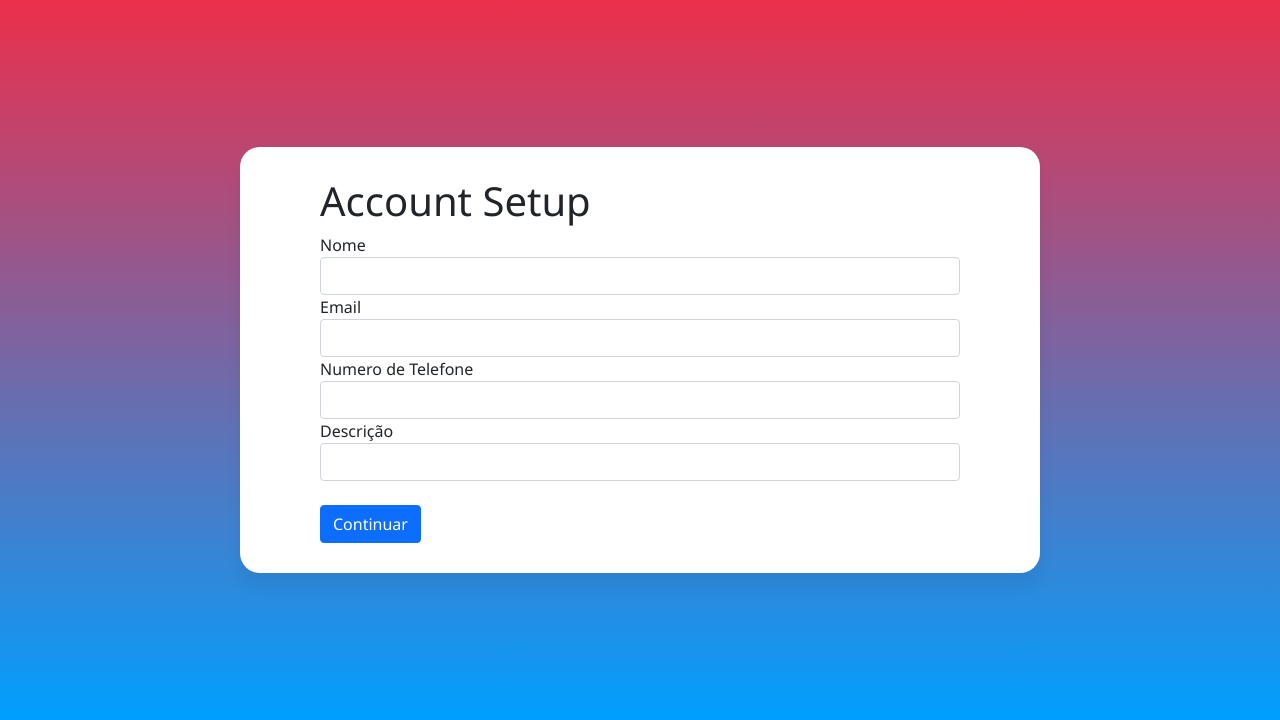
Repository: DeanLemosXD/ReactJS-3steps-form
Page: /
The author's editor kept a copy of each file at every save. The page is drawn from the files as they stood at one save, then again after the next save.
The browser window is 1280 px wide. The pictures show the whole page.
The project was rebuilt for these pictures with package versions that can differ from the ones it lists, and the page was loaded fresh each time. Imported but missing from the stored project, and not drawn on this page: src/components/Confirm, src/components/OtherData.

Above is the page before, as saved 2021-10-26 17:04:43.

After the next save:
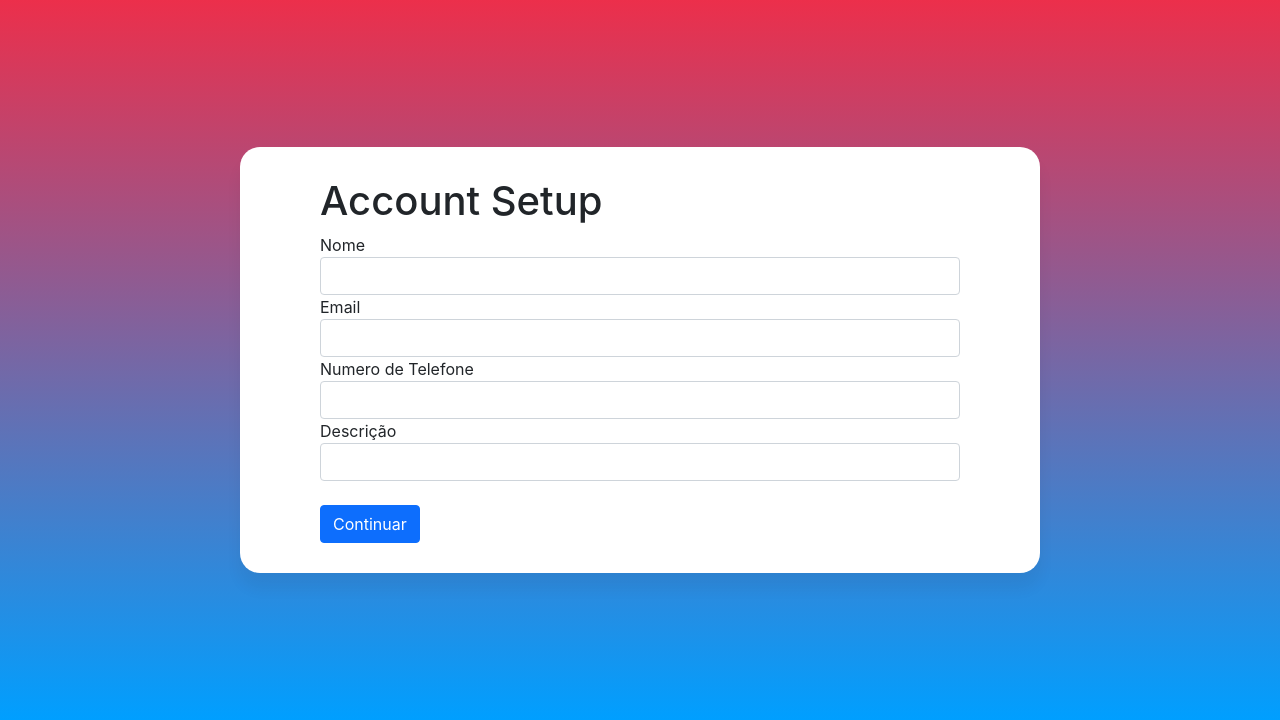
Saved 8 s later.
--- a/src/App.css
+++ b/src/App.css
@@ -15,7 +15,7 @@
 }
 
 .form-container {
-  font-family:'Segoe UI', Tahoma, Geneva, Verdana, sans-serif;
+
   background: #fff;
   border-radius: 20px;
   padding: 30px 80px;

After the save that followed:
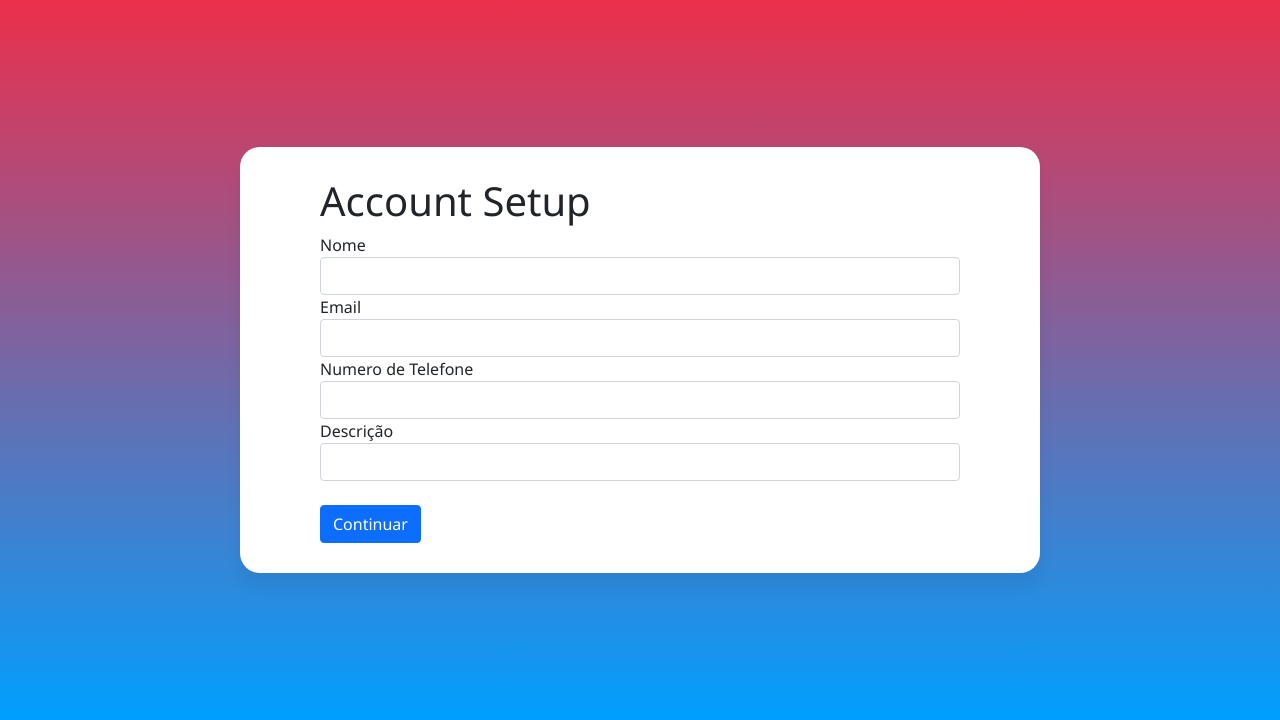
Saved 7 s later.
--- a/src/App.css
+++ b/src/App.css
@@ -15,7 +15,7 @@
 }
 
 .form-container {
-
+  font-family:'Segoe UI', Tahoma, Geneva, Verdana, sans-serif;
   background: #fff;
   border-radius: 20px;
   padding: 30px 80px;
